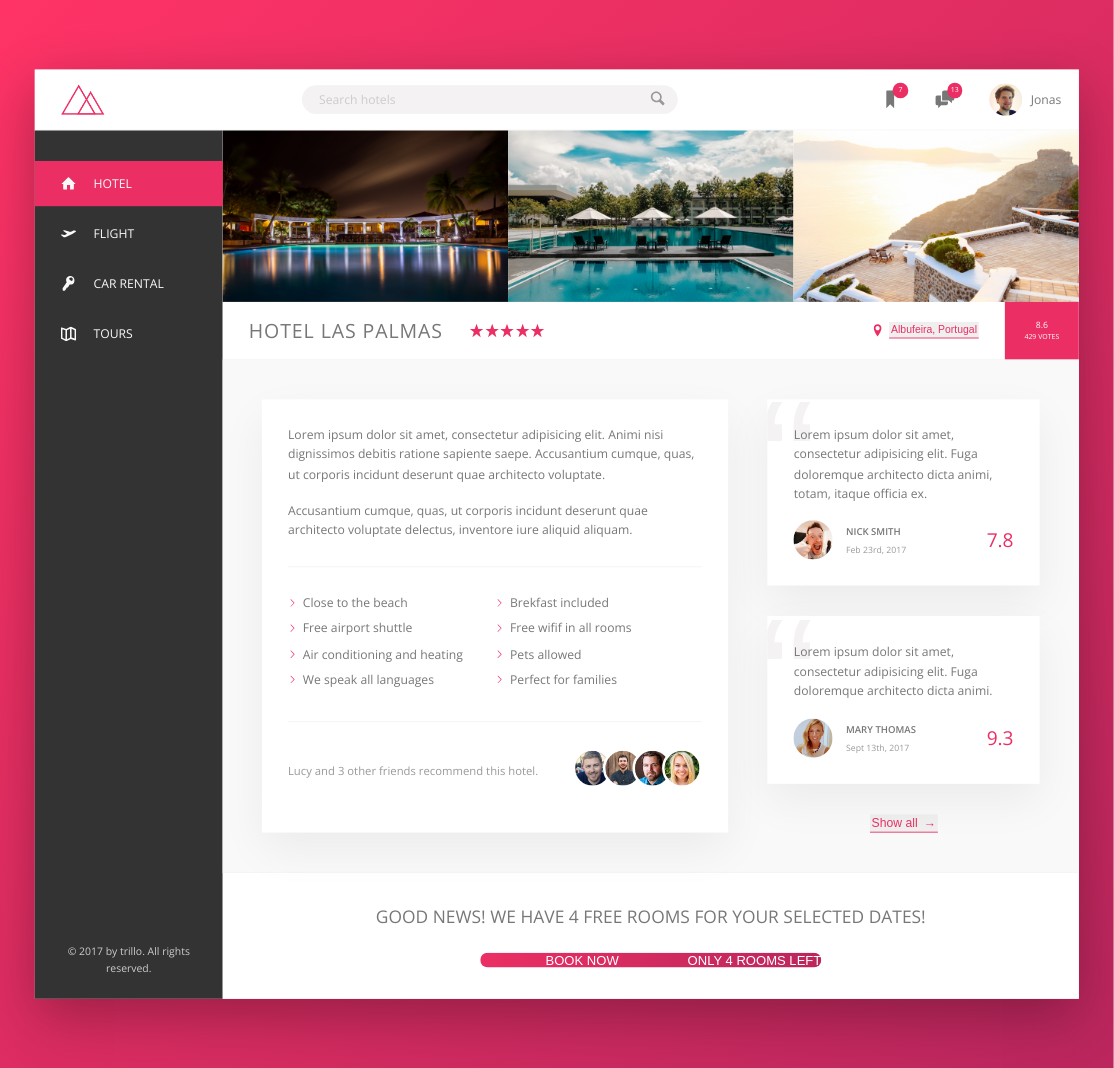
Repository: MalgorzataMazur/Trillo
Page: index.html
An editor plug-in stored every save of this project. The page is shown before and after the next save, followed by the edit.
The browser window is 1280 px wide. The pictures show the whole page, at 87% of full size.
The style sheet was rebuilt from its Sass, Less or Tailwind sources for each picture, by a compiler version that may differ from the author's.

Above is the page before, as saved 2020-03-28 13:09:52.

### index.html
<!DOCTYPE html>
<html lang="en">
    <head>
        <meta charset="UTF-8">
        <meta name="viewport" content="width=device-width, initial-scale=1.0">

        <link href="https://fonts.googleapis.com/css?family=Open+Sans:300,400,600" rel="stylesheet">
        <link rel="stylesheet" href="css/style.css">
        <link rel="shortcut icon" type="image/png" href="img/favicon.png">

        <title>trillo &mdash; Your all-in-one booking app</title>
    </head>
    <body>
        <div class="container">
            <header class="header">
                <img src="img/logo.png" alt="trillo logo" class="logo">

                <form action="#" class="search">
                    <input type="text" class="search__input" placeholder="Search hotels">
                    <button class="search__button">
                        <svg class="search__icon">
                            <use xlink:href="img/sprite.svg#icon-magnifying-glass"></use> <!--include svg -->
                        </svg>
                    </button>
                </form>

                <nav class="user-nav">
                    <div class="user-nav__icon-box">
                        <svg class="user-nav__icon">
                            <use xlink:href="img/sprite.svg#icon-bookmark"></use>
                        </svg>
                        <span class="user-nav__notification">7</span>
                    </div>
                    <div class="user-nav__icon-box">
                        <svg class="user-nav__icon">
                            <use xlink:href="img/sprite.svg#icon-chat"></use>
                        </svg>
                        <span class="user-nav__notification">13</span>
                    </div>
                    <div class="user-nav__user">
                        <img src="img/user.jpg" alt="User photo" class="user-nav__user-photo">
                        <span class="user-nav__user-name">Jonas</span>
                    </div>
                </nav>
            </header>
            <div class="content">
                <nav class="sidebar">
                    <ul class="side-nav">
                        <li class="side-nav__item side-nav__item--active">
                            <a href="#" class="side-nav__link">
                                <svg class="side-nav__icon">
                                    <use xlink:href="img/sprite.svg#icon-home"></use>
                                </svg>
                                <span>Hotel</span>
                            </a>
                        </li>
                        <li class="side-nav__item">
                            <a href="#" class="side-nav__link">
                                <svg class="side-nav__icon">
                                    <use xlink:href="img/sprite.svg#icon-aircraft-take-off"></use>
                                </svg>
                                <span>Flight</span>
                            </a>
                        </li>
                        <li class="side-nav__item">
                            <a href="#" class="side-nav__link">
                                <svg class="side-nav__icon">
                                    <use xlink:href="img/sprite.svg#icon-key"></use>
                                </svg>
                                <span>Car rental</span>
                            </a>
                        </li>
                        <li class="side-nav__item">
                            <a href="#" class="side-nav__link">
                                <svg class="side-nav__icon">
                                    <use xlink:href="img/sprite.svg#icon-map"></use>
                                </svg>
                                <span>Tours</span>
                            </a>
                        </li>
                    </ul>

                    <div class="legal">
                        &copy; 2017 by trillo. All rights reserved. <!-- html entity -->
                    </div>
                </nav>


                <main class="hotel-view">
                    <div class="gallery">
                        <figure class="gallery__item">
                            <img src="img/hotel-1.jpg" alt="Photo of hotel 1" class="gallery__photo">
                        </figure>
                        <figure class="gallery__item">
                            <img src="img/hotel-2.jpg" alt="Photo of hotel 2" class="gallery__photo">
                        </figure>
                        <figure class="gallery__item">
                            <img src="img/hotel-3.jpg" alt="Photo of hotel 3" class="gallery__photo">
                        </figure>
                    </div>

                    <div class="overview">
                        <h1 class="overview__heading">
                            Hotel Las Palmas
                        </h1>

                        <div class="overview__stars">
                            <svg class="overview__icon-star">
                                <use xlink:href="img/sprite.svg#icon-star"></use>
                            </svg>
                            <svg class="overview__icon-star">
                                <use xlink:href="img/sprite.svg#icon-star"></use>
                            </svg>
                            <svg class="overview__icon-star">
                                <use xlink:href="img/sprite.svg#icon-star"></use>
                            </svg>
                            <svg class="overview__icon-star">
                                <use xlink:href="img/sprite.svg#icon-star"></use>
                            </svg>
                            <svg class="overview__icon-star">
                                <use xlink:href="img/sprite.svg#icon-star"></use>
                            </svg>
                        </div>

                        <div class="overview__location">
                            <svg class="overview__icon-location">
                                <use xlink:href="img/sprite.svg#icon-location-pin"></use>
                            </svg>
                            <button class="btn-inline">Albufeira, Portugal</button>
                        </div>

                        <div class="overview__rating">
                            <div class="overiew__rating-average">8.6</div>
                            <div class="overview__rating-count">429 votes</div>
                        </div>
                    </div>

                    <div class="detail">
                        <div class="description">
                             <p class="paragraph">
                                Lorem ipsum dolor sit amet, consectetur adipisicing elit. Animi nisi dignissimos debitis ratione sapiente saepe. Accusantium cumque, quas, ut corporis incidunt deserunt quae architecto voluptate.
                             </p>
                             <p class="paragraph">
                                Accusantium cumque, quas, ut corporis incidunt deserunt quae architecto voluptate delectus, inventore iure aliquid aliquam.
                             </p>
                             <ul class="list">
                                 <li class="list__item">Close to the beach</li>
                                 <li class="list__item">Brekfast included</li>
                                 <li class="list__item">Free airport shuttle</li>
                                 <li class="list__item">Free wifif in all rooms</li>
                                 <li class="list__item">Air conditioning and heating</li>
                                 <li class="list__item">Pets allowed</li>
                                 <li class="list__item">We speak all languages</li>
                                 <li class="list__item">Perfect for families</li>
                             </ul>
                             <div class="recommend">
                                 <p class="recommend__count">
                                     Lucy and 3 other friends recommend this hotel.
                                 </p>
                                 <div class="recommend__friends">
                                     <img src="img/user-3.jpg" alt="Friend 1" class="recommend__photo">
                                     <img src="img/user-4.jpg" alt="Friend 2" class="recommend__photo">
                                     <img src="img/user-5.jpg" alt="Friend 3" class="recommend__photo">
                                     <img src="img/user-6.jpg" alt="Friend 4" class="recommend__photo">
                                 </div>
                             </div>
                        </div>

                        <div class="user-reviews">
                            <figure class="review"> <!-- figure is gerat for some tect, descriptions of the images -->
                                <blockquote class="review__text">
                                    Lorem ipsum dolor sit amet, consectetur adipisicing elit. Fuga doloremque architecto dicta animi, totam, itaque officia ex.
                                </blockquote>
                                <figcaption class="review__user">
                                    <img src="img/user-1.jpg" alt="User 1" class="review__photo">
                                    <div class="review__user-box">
                                        <p class="review__user-name">Nick Smith</p>
                                        <p class="review__user-date">Feb 23rd, 2017</p>
                                    </div>
                                    <div class="review__rating">7.8</div>
                                </figcaption>
                            </figure>

                            <figure class="review">
                                <blockquote class="review__text">
                                    Lorem ipsum dolor sit amet, consectetur adipisicing elit. Fuga doloremque architecto dicta animi.
                                </blockquote>
                                <figcaption class="review__user">
                                    <img src="img/user-2.jpg" alt="User 2" class="review__photo">
                                    <div class="review__user-box">
                                        <p class="review__user-name">Mary Thomas</p>
                                        <p class="review__user-date">Sept 13th, 2017</p>
                                    </div>
                                    <div class="review__rating">9.3</div>
                                </figcaption>
                            </figure>

                            <button class="btn-inline">Show all <span>&rarr;</span></button>
                            </div>
                        </div>

                        <div class="cta">
                            <h2 class="cta__book-now">
                                Good news! We have 4 free rooms for your selected dates!
                            </h2>
                            <button class="btn">
                                <span class="btn__visible">Book now</span>
                                <span class="btn__invisible">Only 4 rooms left</span>
                            </button>
                        </div>

                    </div>

                </main>
            </div>

        </div>
    </body>
</html>

### sass/main.scss
@import "base";
@import "layout";
@import "components";

### sass/_components.scss
/////////////////////////////////
////LOGO
.logo {
    height: 3.5rem;
    margin-left: 3rem;
}



/////////////////////////////////
////SEARCH
.search {
    flex: 0 0 40%; //grow shrink occupy

    display: flex;//flex item is becoming flex container,; we center loop icon btn
    align-items: center; //center elem along the cross axis
    justify-content: center; //center elem along the main axis

    &__input {
        font-family: inherit;
        font-size: inherit;
        color: inherit;
        background-color: var(--color-grey-light-2);
        border: none;
        border-radius: 100px;
        padding: .7rem 2rem;
        width: 90%;
        transition: all .2s;
        margin-right: -3.25rem; //this way the btn move on top of input

        &:focus {
            outline: none;
            width: 100%;
            background-color: var(--color-grey-light-3);
        }

        &::-webkit-input-placeholder {
            font-weight: 100;
            color: var(--color-grey-light-4);
        }
    }

    &__input:focus + &__button { //sibling, adjust element; the same backgr color
        background-color: var(--color-grey-light-3);
    }

    &__button {
        border: none;
        background-color: var(--color-grey-light-2);

        &:focus {
            outline: none;
        }

        &:active {
            transform: translate(2px);
        }
    }

    &__icon {
        height: 2rem;
        width: 2rem;
        fill: var(--color-grey-dark-3);
}
}



/////////////////////////////////
////USER NAVIGATION
.user-nav {
    align-self: stretch; //żeby one sie rozciagaly, is like align items but for one individual item; ovverite in header align item center

    display: flex; //flex item on the sam etime is flex container
    align-items: center;

    & > * {
        padding: 0 2rem;
        cursor: pointer;
        display: flex;
        height: 100%;
        align-items: center; //when we hoover thy arent on the top; vertical align
   }

    & > *:hover {
        background-color: var(--color-grey-light-2);
    }

    &__icon-box {
        position: relative;
    }

    &__icon {
        height: 2.25rem;
        width: 2.25rem;
        fill: var(--color-grey-dark-2);
    }

    &__notification {
        font-size: .8rem;
        height: 1.75rem;
        width: 1.75rem;
        border-radius: 50%;
        background-color: var(--color-primary);
        color: #fff;
        position: absolute; //parent elememnt is iconbox relative
        top: 1.5rem;
        right: 1.1rem;

        display: flex;
        justify-content: center;
        align-items: center;
    }

    &__user-photo {
        height: 3.75rem;
        border-radius: 50%;
        margin-right: 1rem;
    }
}



/////////////////////////////////
////SIDE NAVIGATION
.side-nav {
    font-size: 1.4rem;
    list-style: none;
    margin-top: 3.5rem;

    &__item {
        position: relative;

        &:not(:last-child) { //all the items except the last one
            margin-bottom: .5rem;
        }
    }

    &__item::before { //line becpmes invisible which then expands to the right side
        content: "";
        position: absolute;
        top: 0;
        left: 0;
        height: 100%;
        width: 3px;
        background-color: var(--color-primary);
        transform: scaleY(0); //normal state without any hover
        transition: transform .2s, //first transform ghappens during .2s & we wait this time .2s until we start transitioning the width .4s
                    width .4s cubic-bezier(1,0,0,1) .2s,
                    background-color .1s; //we can set diffrent settings for diffrent properties. we can have the staged animations where first the transform happens then the width
    }

    &__item:hover::before,
    &__item--active::before {
        transform: scaleY(1); //only occurs Y direction from top to bottom
        width: 100%;
    }

    &__item:active::before {
        background-color: var(--color-primary-light);
    }

    &__link:link,
    &__link:visited {
        color: var(--color-grey-light-1);
        text-decoration: none;
        text-transform: uppercase;
        display: block;
        padding: 1.5rem 3rem;
        position: relative; //on top of the before elem after hover

        display: flex;
        align-items: center; //ikony równo z napisem z listy
    }

    &__icon {
        width: 1.75rem;
        height: 1.75rem;
        margin-right: 2rem;
        fill: currentColor; //means color ofthe current elelemnt or the parent element
    }
}



/////////////////////////////////
////LEGAL TEXT
.legal {
    font-size: 1.2rem;
    color: var(--color-grey-light-4);
    text-align: center;
    padding: 2.5rem;
}



/////////////////////////////////
////SIDE NAVIGATION
.gallery {
    display: flex;

    &__photo {
        width: 100%;
        display: block;
    }
}



/////////////////////////////////
////SIDE NAVIGATION
.overview {
    display: flex; // justify-content: space-between; //evenly distribute all the elements along the main axis
    align-items: center;
    border-bottom: var(--line);

    &__heading {
        font-size: 2.25rem;
        font-weight: 300;
        text-transform: uppercase;
        letter-spacing: 1px;
        padding: 1.5rem 3rem;
    }

    &__stars {
        // flex: 1;
        margin-right: auto; //we created the space without actually stretching out this entire element; element only occypying the space that it needs here
        display: flex;    }

    &__icon-star,
    &__icon-location {
        width: 1.75rem;
        height: 1.75rem;
        fill: var(--color-primary);
    }

    &__location {
        font-size: 1.2rem;
        display: flex;
        align-items: center;
    }

    &__icon-location {
        margin-right: .5rem;
    }

    &__rating {
        background-color: var(--color-primary);
        color: #fff;
        margin-left: 3rem;
        padding: 0 2.25rem;
        align-self: stretch; //occupy all the space that it has available

        display: flex;
        flex-direction: column;
        align-items: center;
        justify-content: center;
    }

    &__rating-average {
        font-size: 2.25rem;
        font-weight: 300;
        margin-bottom: -3px;
    }

    &__rating-count {
        font-size: .8rem;
        text-transform: uppercase;
    }
}



/////////////////////////////////
////BUTTON-LINE
.btn-inline {
    border: none;
    color: var(--color-primary);
    font-size: inherit;
    border-bottom: 1px solid currentColor;
    padding: 2px;
    display: inline-block;
    background-clip: transparent;
    cursor: pointer;
    transition: all .2s;

    & span {
        margin-left: 3px;
        transition: margin-left .2s;
    }

    &:hover {
        color: var(--color-grey-dark-1); //when hover the border becomes the exact same color as the tex

        span {
            margin-left: 8px;
        }
    }

    &:focus {
        outline: none;
        animation: pulsate 1s infinite;
    }
}

@keyframes pulsate {
    0% { //normal state
        transform: scale(1);
        box-shadow: none;
    }

    50% { //scale a little bit
        transform: scale(1.05);
        box-shadow: 0 1rem 4rem rgba(0,0,0,.25);
    }

    100% { //back to the normal
        transform: scale(1);
        box-shadow: none;
    }
}



/////////////////////////////////
////PARAGRAPH
.paragraph:not(:last-of-type) {
    margin-bottom: 2rem;
}



/////////////////////////////////
////LIST
.list {
    list-style: none;
    margin: 3rem 0;
    padding: 3rem 0;
    border-top: var(--line);
    border-bottom: var(--line);

    display: flex;
    flex-wrap: wrap;

    &__item {
        flex: 0 0 50%; //100% of width /2 = 50%
        margin-bottom: .7rem;
    }

    &__item::before {
        content: "";
        display: inline-block;
        height: 1rem;
        width: 1rem;
        margin-right: .7rem;

        //Older browsers
        // background-image: url(../img/chevron-thin-right.svg);
        // background-size: cover;

        //New browsers - masks             //tht's best solution withh backgim we cannot change color in css
        background-color: var(--color-primary);
        -webkit-mask-image: url(../img/chevron-thin-right.svg);
        -webkit-mask-size: cover; //this entire square we had before is still here but nowe can only see it in the places where the mask allows us to see through; that's exactly the icon is located
        mask-image: url(../img/chevron-thin-right.svg);
        -webkit-mask-size: cover;
    }
}



/////////////////////////////////
////RECOMMEND
.recommend {
    font-size: 1.3rem;
    color: var(--color-grey-dark-3);

    display: flex;
    align-items: center;

    &__count {
        margin-right: auto;
    }

    &__friends {

    }

    &__photo {
        box-sizing: content-box; //border we want to be added on the top of our height and the width
        height: 4rem;
        width: 4rem;
        border-radius: 50%;
        border: 3px solid #fff;

        &:not(:last-child) {
            margin-right: -1.5rem;
        }
    }
}



/////////////////////////////////
////REVIEWS
.review {
    background-color: #fff;
    box-shadow: var(--shadow-light);
    padding: 3rem;
    margin-bottom: 3.5rem;
    position: relative;
    overflow: hidden;

    &__text {
        margin-bottom: 2rem;
        z-index: 10;
        position: relative;
    }

    &__user {
        display: flex;
        align-items: center;
        position: relative;
    }

    &__photo {
        height: 4.5rem;
        width: 4.5rem;
        border-radius: 50%;
        margin-right: 1.5rem;
    }

    &__user-box {
        margin-right: auto;
    }

    &__user-name {
        font-size: 1.1rem;
        font-weight: 600;
        text-transform: uppercase;
        margin-bottom: .4rem;
    }

    &__user-date {
        font-size: 1rem;
        color: var(--color-grey-dark-3);
    }

    &__rating {
        color: var(--color-primary);
        font-size: 2.2rem;
        font-weight: 300;
    }

    &::before {
        content: "\201C";
        position: absolute;
        top: -2.75rem;
        left: -1rem;
        line-height: 1;
        font-size: 20rem;
        color: var(--color-grey-light-2);
        font-family: sans-serif;
        z-index: 1;
    }
}



/////////////////////////////////
////CALL TO ACTION
.cta {
    padding: 3.5rem;
    text-align: center;

    &__book-now {
        font-size: 2rem;
        font-weight: 300;
        text-transform: uppercase;
        margin-bottom: 2.5rem;
    }
}



/////////////////////////////////
////BUTTON
.btn {
    font-size: 1.5rem;
    font-weight: 300;
    text-transform: uppercase;
    border-radius: 100px;
    border: none;
    background-image: linear-gradient(to right, var(--color-primary), var(--color-primary-dark));
    color: #fff;

    &__visible {
        padding: 2rem 7.5rem;
    }

    &__invisible {

    }
}

Loaded but not shown: sass/_layout.scss (64 lines, source omitted); sass/_base.scss (49 lines, source omitted)

After the next save:
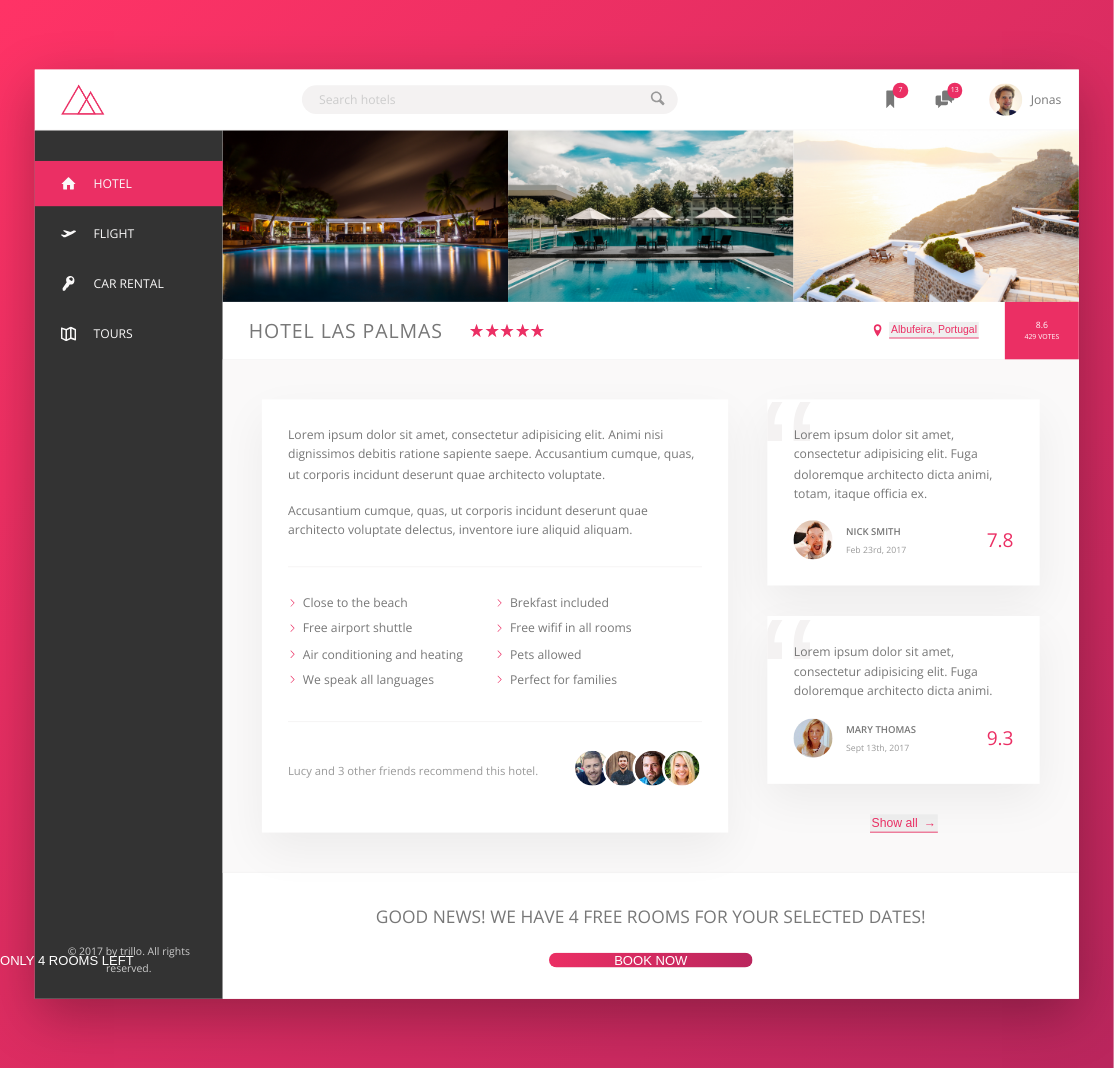
Saved 70 s later.
--- a/sass/_components.scss
+++ b/sass/_components.scss
@@ -499,6 +499,8 @@
     }
 
     &__invisible {
-
-    }
-}
+        display: inline-block;
+        position: absolute;
+        left: 0;
+    }
+}
